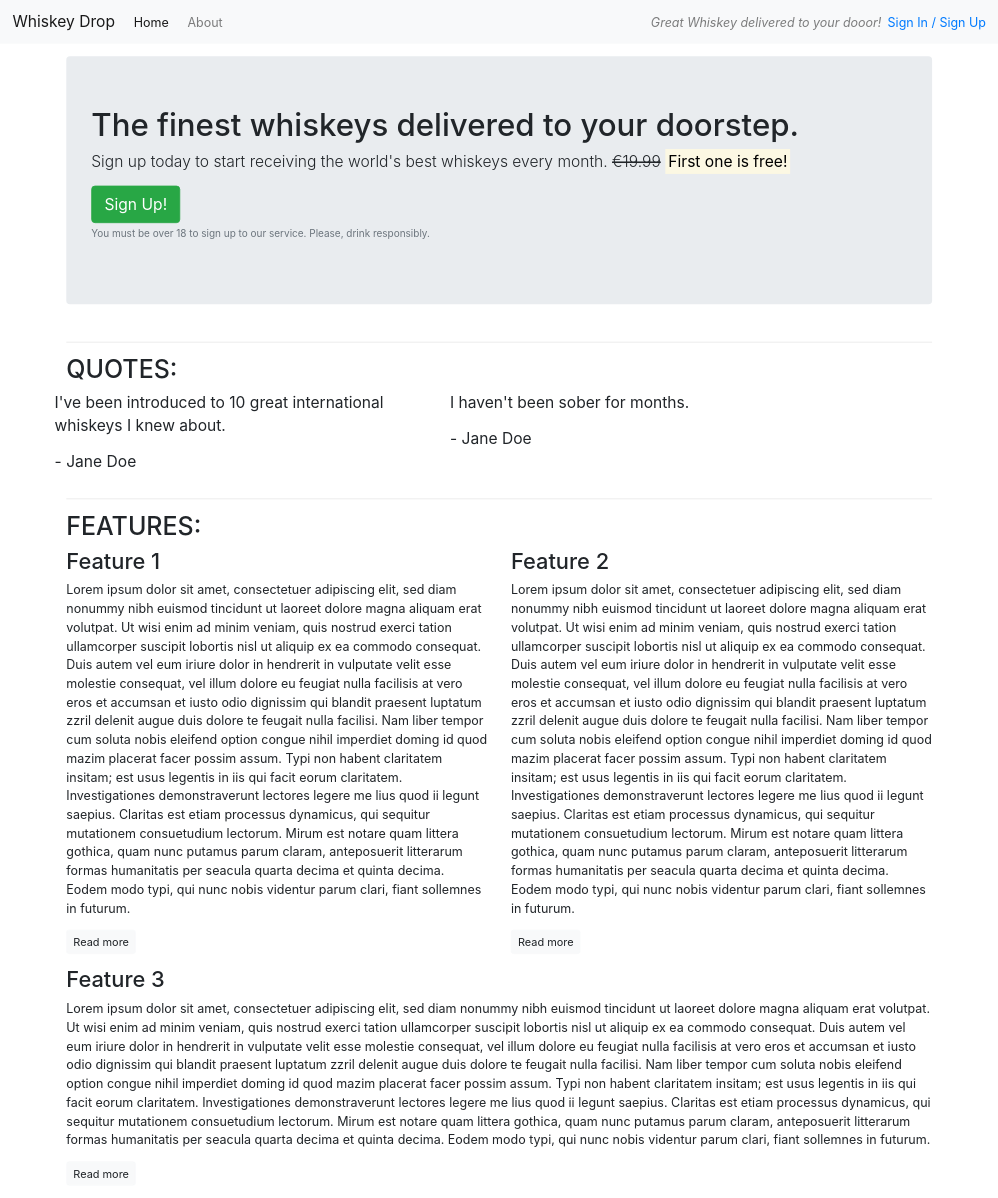
Repository: gpun10/bootstrap-sample
Page: index.html
The author's editor kept a record of every edit. The page is drawn from the files as they stood at one moment, then again after the next edit.
The browser window is 1280 px wide. The pictures show the whole page, at 78% of full size.

Above is the page before.
Console error: TypeError: Cannot read properties of undefined (reading 'fn')

After the next edit:
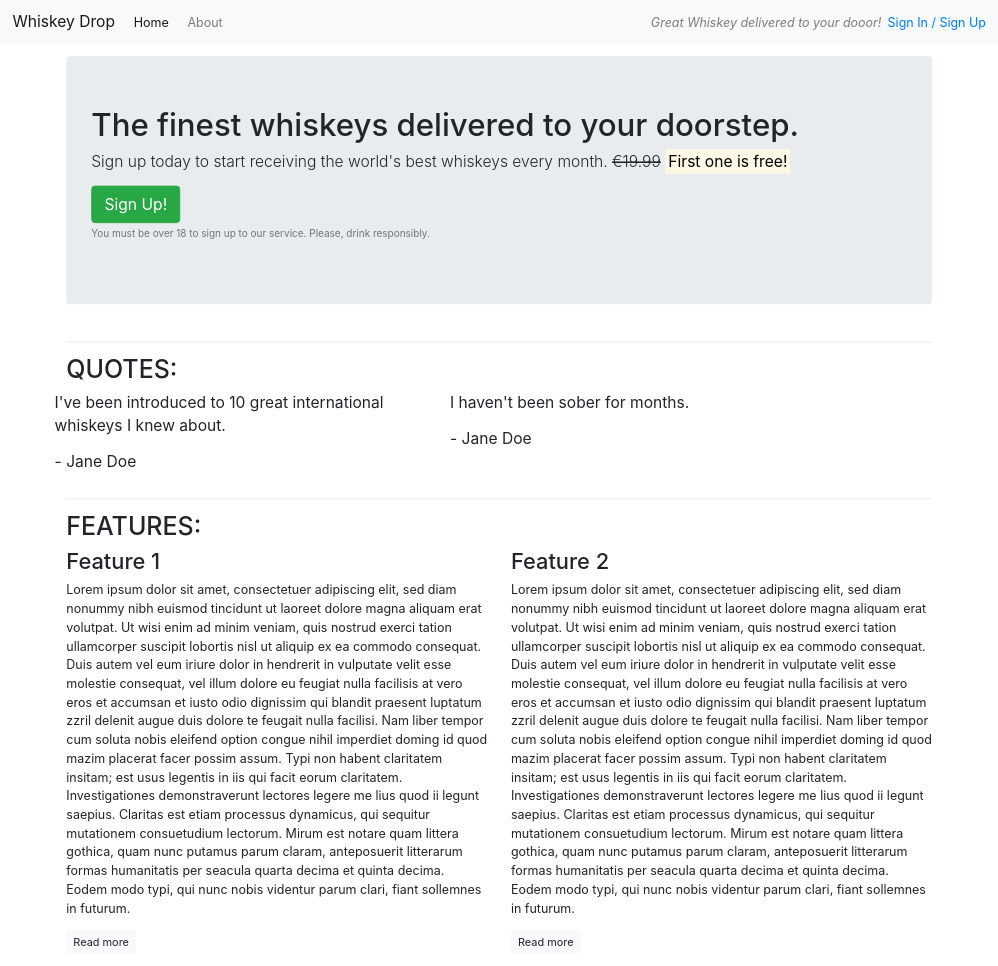
The edit:
--- a/index.html
+++ b/index.html
@@ -108,7 +108,7 @@
 					<p class="btn btn-sm btn-light">Read more</p>
 				</div>
 			</div>
-			<div class="col-12">
+			<div class="col-12 d-md-none">
 				<div class="feature">
 					<h3>Feature 3</h3>
 					<p>Lorem ipsum dolor sit amet, consectetuer adipiscing elit, sed diam nonummy nibh euismod tincidunt ut laoreet dolore magna aliquam erat volutpat. Ut wisi enim ad minim veniam, quis nostrud exerci tation ullamcorper suscipit lobortis nisl ut aliquip
